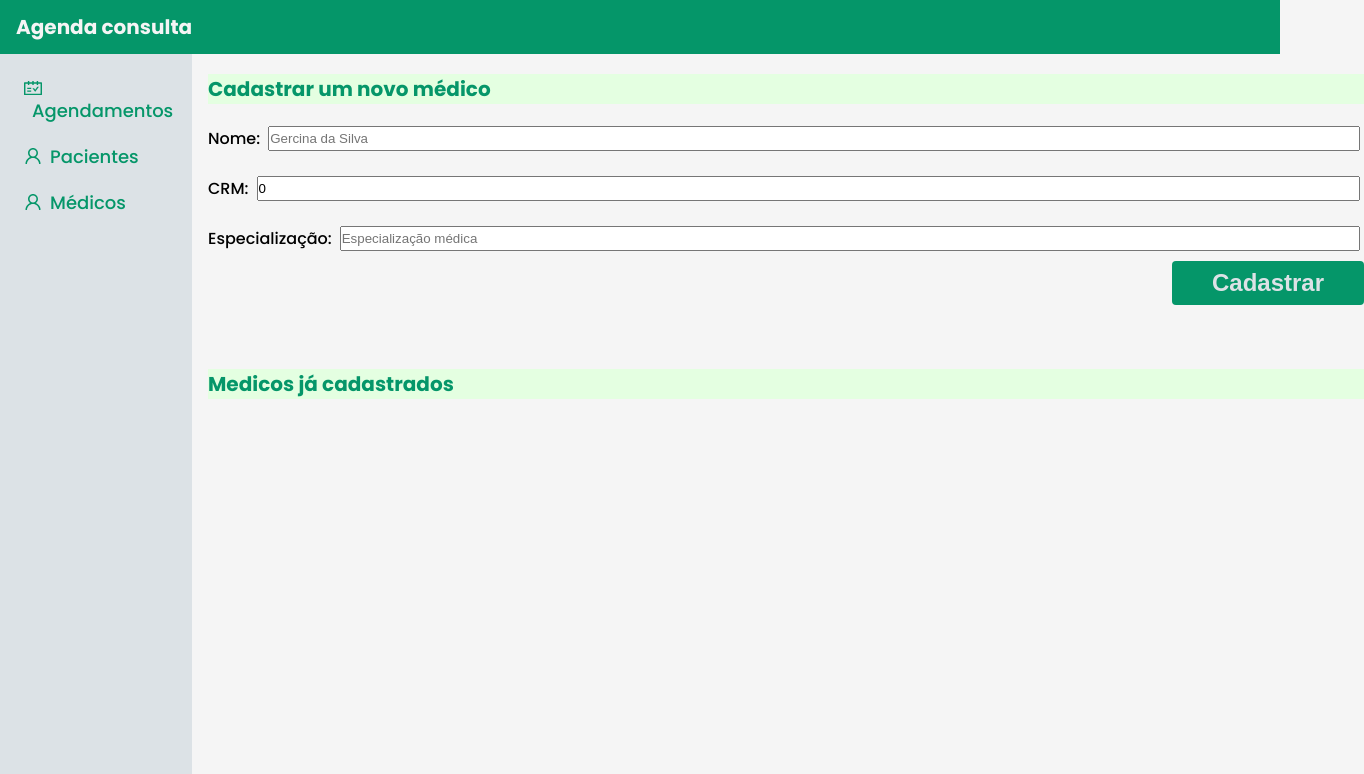
Repository: BarbaraCD/agendaconsulta
Page: /doctors
These files come from the project's save history. The page is drawn as it stood at one moment and after the next save; the edit follows.
The browser window is 1280 px wide. The page is 1364 px wide, so the pictures cover 1364 px, including what lies to the right of the window. The pictures show the whole page.
The page's requests for data from a server got no answer. The project was rebuilt for these pictures with package versions that can differ from the ones it lists, and the page was loaded fresh each time. No one was signed in, and anything a server would have sent is missing. Also part of the build but not shown: vite.config.ts, src/styles/StyleList.ts, src/components/Doctors.tsx, src/components/Patients.tsx, src/services/patient.services.ts, src/components/InputPatient.tsx, src/components/CreatePatient.tsx, src/styles/Appointments.ts and 1 more.

Above is the page before, as saved 2023-08-03 14:13:34.

After the next save:
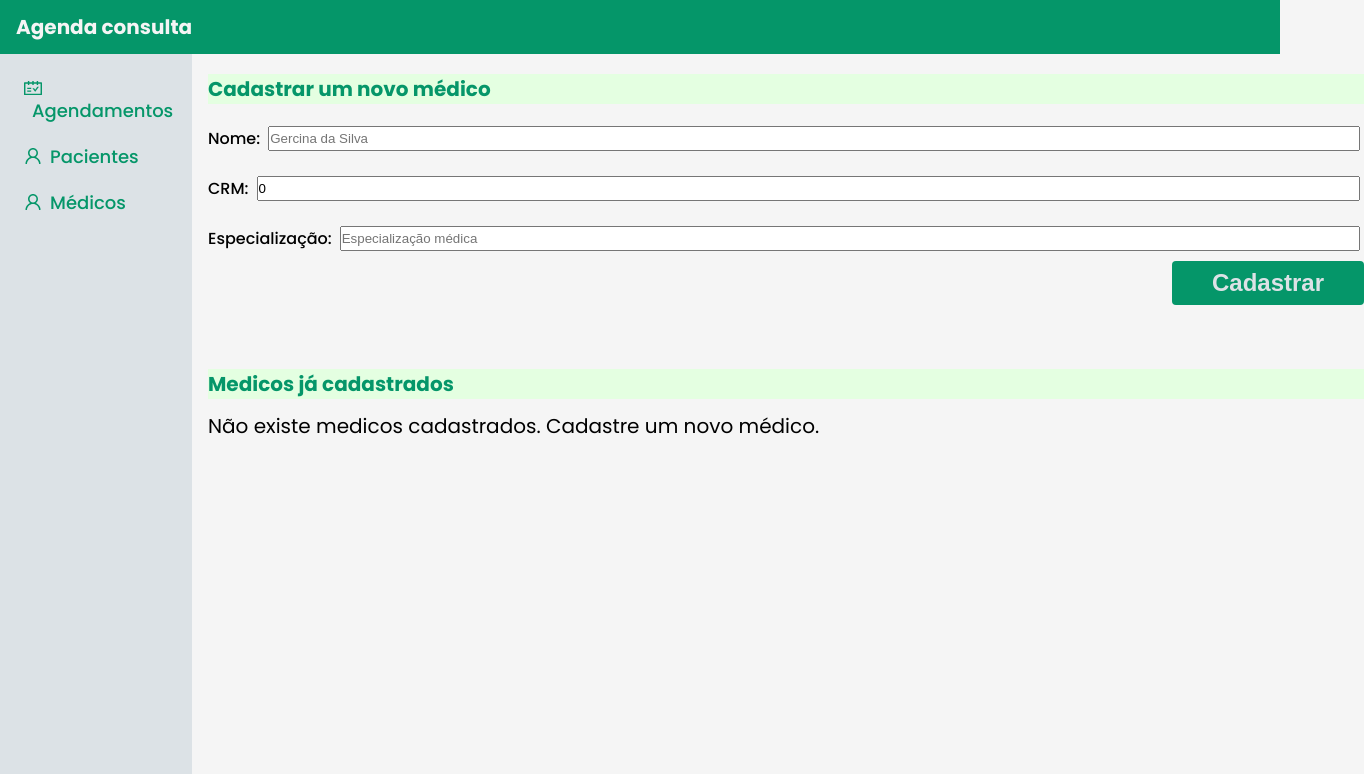
Saved 14 s later.
--- a/src/components/CreateDoctor.tsx
+++ b/src/components/CreateDoctor.tsx
@@ -71,7 +71,9 @@ export function CreateDoctor(){
       </Container2>
         <Container3>
           <h3>Medicos já cadastrados</h3>
-          {doctor.map((doctor, index) => (
+          {doctor.length > 0 ? (
+            doctor
+              .map((doctor, index) => (
                 <Doctors
                   key={doctor.id}
                   id={index + 1}
@@ -80,7 +82,11 @@ export function CreateDoctor(){
                   specialization={doctor.specialization}
                 />
               ))
-          }
+          ) : (
+            <p>
+              Não existe medicos cadastrados. Cadastre um novo médico.
+            </p>
+          )}
         </Container3>
 
     </Container>
